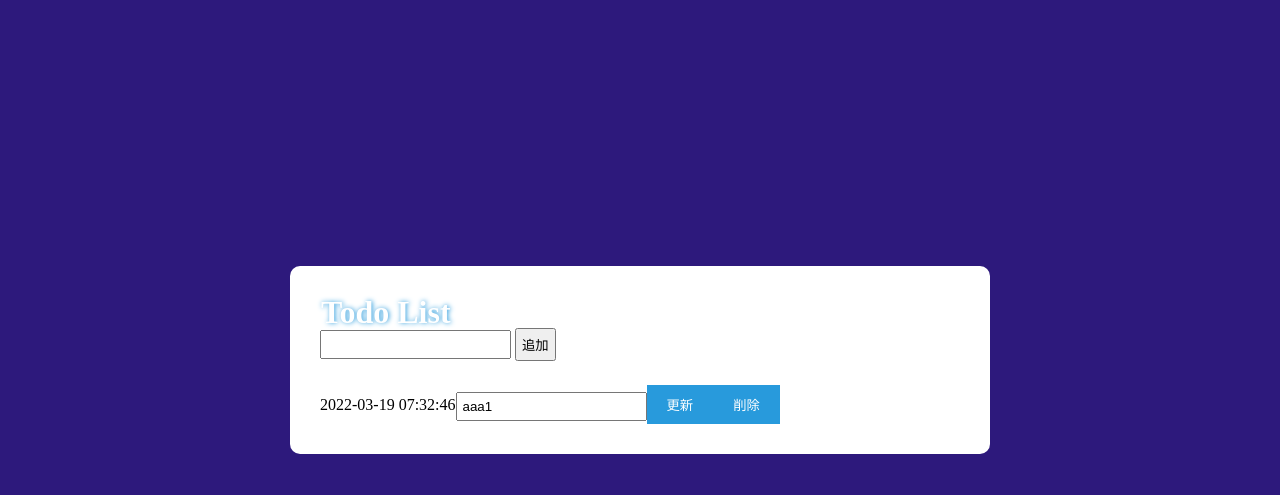
Repository: azuma2/todo
Page: http://localhost/todo/create
These files come from the project's save history. The page is drawn as it stood at one moment and after the next save; the edit follows.
The browser window is 1280 px wide. The pictures show the whole page.
The page is served by the project's Laravel application, run on PHP 8.4 with Laravel 8.

Above is the page before, as saved 2022-03-20 02:31:07.

After the next save:
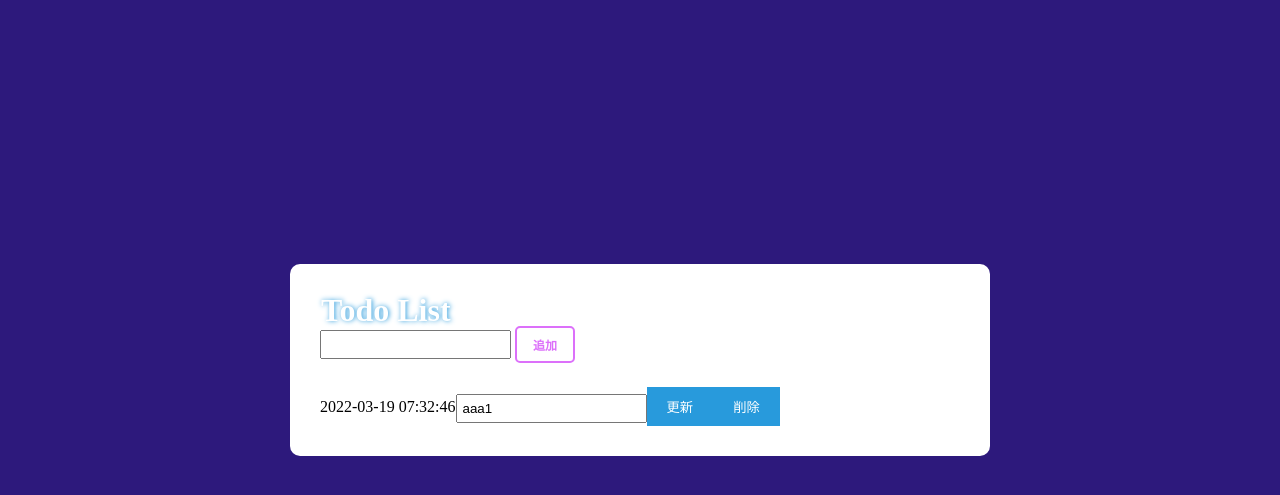
Saved 33 s later.
--- a/resources/views/layouts/default.blade.php
+++ b/resources/views/layouts/default.blade.php
@@ -58,7 +58,7 @@
             <div class="todo">
         <form action="/todo/create" method="post" class="flex between mb-30">
           <input type="hidden" name="_token" value="yPGHmdfvXMVMWtmtJqGVIjK97kTAmYJNKCWK19b7">          <input type="text" class="input-add" name="content" />
-          <input class="button-add" type="submit" value="追加" />
+          <input class="button" type="submit" value="追加" />
         </form>
         <table>
           <tr>
